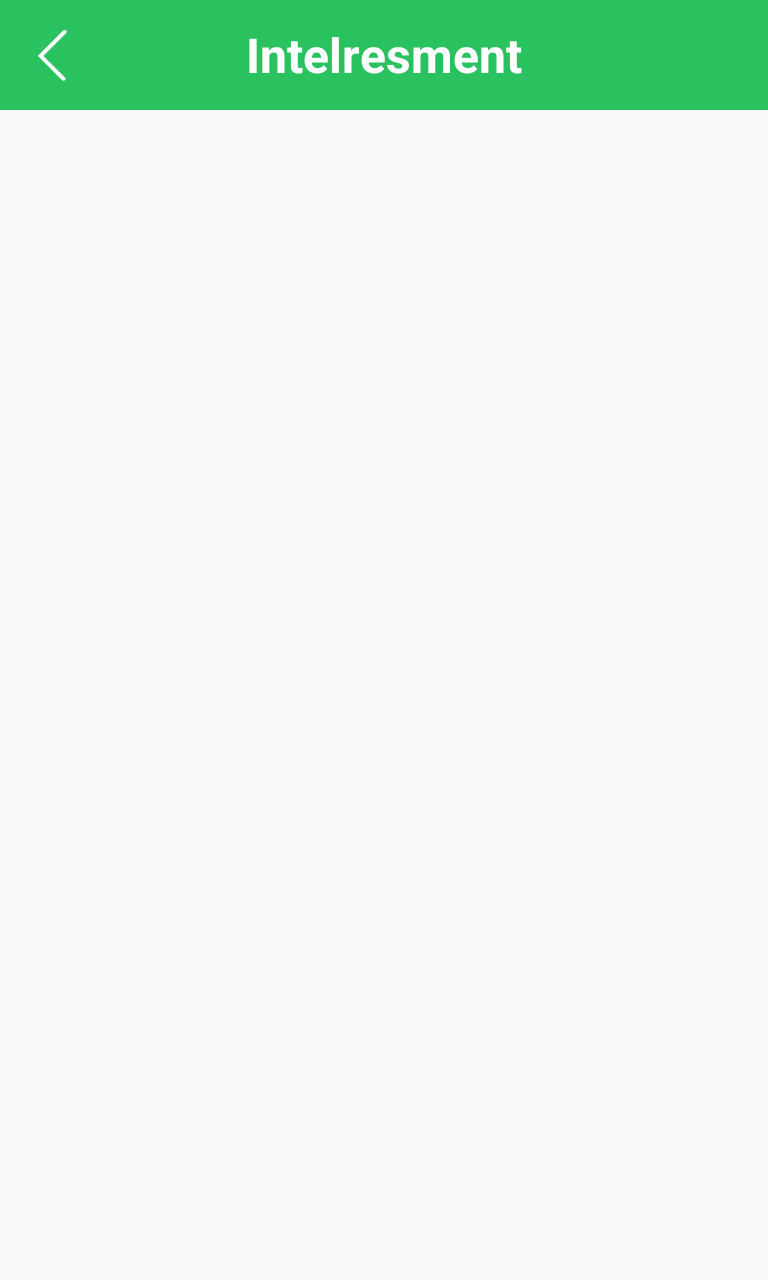
Repository: yenthanh132/Intelresment_AndroidClientApp
Layout: Intelresment/res/layout/activity_login.xml
An editor plug-in stored every save of this project. The layout is shown before and after the next save, followed by the edit.
It is drawn on a 768 x 1280 px phone screen (xhdpi) without system bars, with theme AppTheme; the app's code is not run. Lists and similar views that code fills are empty.

Above is the layout before, as saved 2014-12-28 13:42:19.

### Intelresment/res/layout/activity_login.xml
<RelativeLayout xmlns:android="http://schemas.android.com/apk/res/android"
    xmlns:tools="http://schemas.android.com/tools"
    android:layout_width="match_parent"
    android:layout_height="match_parent"
    tools:context="com.cs300.intelresment.MainActivity" >

    <RelativeLayout
        android:id="@+id/header"
        android:layout_width="match_parent"
        android:layout_height="wrap_content"
        android:background="#2AC25F"
        android:padding="10dp" >

        <ImageButton
            android:id="@+id/btnBack"
            android:layout_width="35dp"
            android:layout_height="35dp"
            android:background="@drawable/transparent_button"
            android:scaleType="fitXY"
            android:src="@drawable/back" />

        <TextView
            android:id="@+id/tvLabel1"
            android:layout_width="wrap_content"
            android:layout_height="wrap_content"
            android:layout_centerInParent="true"
            android:text="Intelresment"
            android:textColor="#fff"
            android:textSize="24sp"
            android:textStyle="bold" />
    </RelativeLayout>

    <GridView
        android:id="@+id/gvTable"
        android:layout_width="match_parent"
        android:layout_height="match_parent"
        android:layout_below="@+id/header"
        android:columnWidth="80dp"
        android:numColumns="auto_fit"
        android:scrollbars="none"
        android:stretchMode="columnWidth" >
    </GridView>

</RelativeLayout>

### Intelresment/res/drawable/transparent_button.xml
<?xml version="1.0" encoding="utf-8"?>
<selector xmlns:android="http://schemas.android.com/apk/res/android">

    <item android:state_pressed="true"><shape>
            <solid android:color="#0E9174" />
        </shape></item>
    <item><shape>
            <solid android:color="#00000000" />
        </shape></item>

</selector>

### Intelresment/res/drawable/oval_rectangle.xml
<?xml version="1.0" encoding="utf-8"?>
<shape xmlns:android="http://schemas.android.com/apk/res/android" >

    <corners android:radius="10dp" />

    <stroke
        android:width="2dp"
        android:color="#2AC25F" />

</shape>

Loaded but not shown: Intelresment/res/values/styles.xml (common file); Intelresment/res/values-v11/styles.xml (common file); Intelresment/res/values-v14/styles.xml (common file)

After the next save:
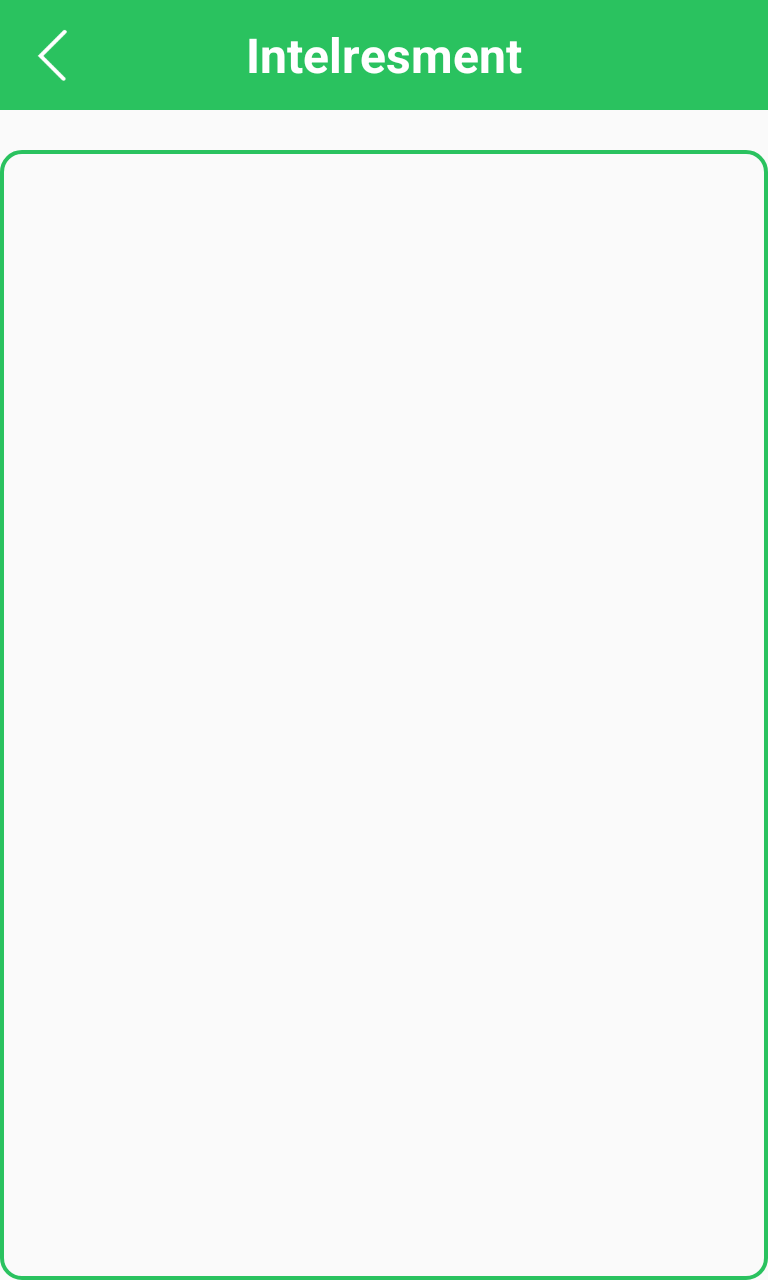
Saved 86 s later.
--- a/Intelresment/res/layout/activity_login.xml
+++ b/Intelresment/res/layout/activity_login.xml
@@ -30,15 +30,27 @@
             android:textStyle="bold" />
     </RelativeLayout>
 
-    <GridView
-        android:id="@+id/gvTable"
+    <RelativeLayout
+        android:id="@+id/panelFood"
         android:layout_width="match_parent"
         android:layout_height="match_parent"
         android:layout_below="@+id/header"
-        android:columnWidth="80dp"
-        android:numColumns="auto_fit"
-        android:scrollbars="none"
-        android:stretchMode="columnWidth" >
+        android:layout_marginTop="20dp"
+        android:background="@drawable/oval_rectangle"
+        android:padding="4dp" >
+
+        <GridView
+            android:id="@+id/gvTable"
+            android:layout_width="match_parent"
+            android:layout_height="match_parent"
+            android:columnWidth="80dp"
+            android:numColumns="auto_fit"
+            android:scrollbars="none"
+            android:stretchMode="columnWidth" >
+        </GridView>
+    </RelativeLayout>
+
+    <GridView>
     </GridView>
 
 </RelativeLayout>
